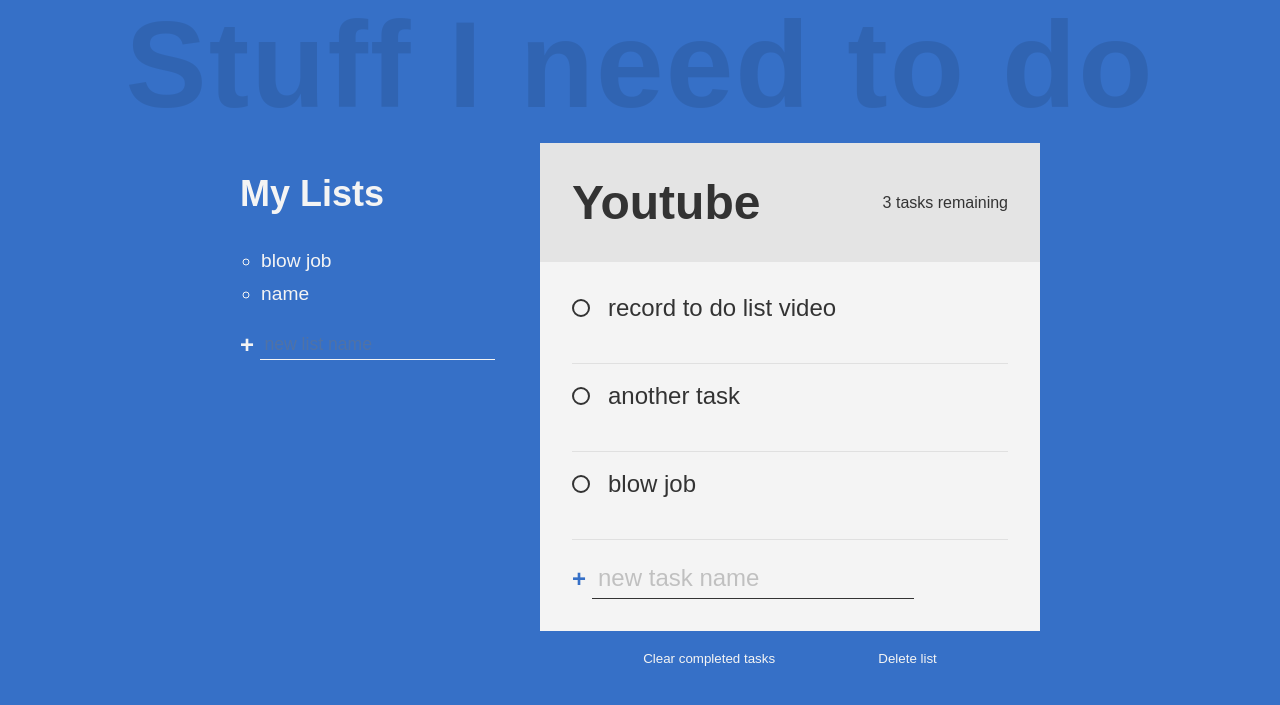
Repository: MohammadMazloum123/To-Do-List-App-
Page: index.html
These files come from the project's save history. The page is drawn as it stood at one moment and after a run of saves; the edit follows.
The browser window is 1280 px wide. The pictures show the whole page.

Above is the page before, as saved 2024-02-15 15:52:08.

### index.html
<!DOCTYPE html>
<html lang="en">
<head>
    <meta charset="UTF-8">
    <meta name="viewport" content="width=device-width, initial-scale=1.0">
    <title>To-Do List</title>
    <link rel="stylesheet" href="styles.css">
</head>
<body>
    <h1 class="title">Stuff I need to do</h1>
    <div class="all-tasks">
        <h2 class="task-list-title">My Lists</h2>
        <ul class="task-list" data-lists>
            <li class="list-name active-list">My Grocery</li>
            <li class="list-name" >YouTube</li>
            <li class="list-name">Work</li>
        </ul>
        <form data-new-list-form>
            <input type="text" class="new list" data-new-list-input placeholder="new list name" aria-label="new list name">
            <button class="btn create" aria-label="create new list">+</button>
        </form>
    </div>
    <div class="todo-list">
        <div class="todo-header">
            <h1 class="list-title">Youtube</h1>
            <p class="task-count">3 tasks remaining</p>
        </div>
        <div class="todo-body">
            <div class="tasks">
                <div class="task">
                    <input type="checkbox" id="task-1">
                    <label for="task-1">
                        <span class="custom-checkbox"></span>
                        record to do list video
                    </label>
                </div>
                <!--Task 1-->
                <div class="task">
                    <input type="checkbox" id="task-2">
                    <label for="task-2">
                        <span class="custom-checkbox"></span>
                        another task
                    </label>
                </div>
                <!--Task 2-->
                <div class="task">
                    <input type="checkbox" id="task-3">
                    <label for="task-3">
                        <span class="custom-checkbox"></span>
                        blow job
                    </label>
                </div>
                <!--Task 3-->
            </div>
            <div class="new-task-creator">
                <form>
                    <input type="text" class="new task" placeholder="new task name" aria-label="new task name">
                    <button class="btn create" aria-label="create new task">+</button>
                </form>
            </div>
            <div class="delete-stuff">
                <button class="btn delete">Clear completed tasks</button>
                <button class="btn delete">Delete list</button>
            </div>
        </div>
    </div>
    <!--Java Script-->
    <script defer src="script.js"></script>
</body>
</html>

### styles.css
:root{
    --clr-primary: rgb(54, 112, 199);
    --clr-light: #f4f4f4;
    --clr-dark:#333;
    --clr-warning: rgb(99, 36, 36);
}
*,
*::before,
*::after{
    font-family: inherit;
    box-sizing: border-box;
}

body{
    margin: 0;
    font-family: "Work Sans", sans-serif;
    font-weight: 300;
    font-size: 1.5rem;
    background-color: var(--clr-primary);
    color: var(--clr-light);
    display: grid;
    grid:
        "header header header header" auto
        "...... lists active ......" auto /
        1fr minmax(100px, 300px) minmax(250px, 500px) 1fr;
}
.title{
    grid-area: header;
    text-align: center;
    font-weight: 800;
    font-size: calc(7vw + 2rem);
    color: rgba(0, 0, 0, .1);
    margin: -.3rem 0 0.5rem;
    letter-spacing: 2px;
}
form{
    display: flex;
}
.btn{
    background: 0;
    cursor: pointer;
    padding: 0;
    border: 0;
    color: inherit;
}
.btn.create{
    font-size: 1.5rem;
    font-weight: 900;
    margin-right: .25em;
    transition: opacity 250ms ease-in;
}
.btn.create:hover{
    opacity: .7;
}

.new{
    background: transparent;
    border: 0;
    color: inherit;
    outline: none;
    font-size: inherit;
    border-bottom: 1px solid currentColor;
    transition: border-bottom 150ms ease-in;
    order: 2;
    padding: 0.25em;
}
.new::placeholder{
    opacity: .4;
}
.new:focus{
    border-bottom-width: 3px;
}

.new:focus::placeholder{
    opacity: 0.15;
}
.active-list{
    font-weight: 800;
}
.new.list{
    font-size: 1.1rem;
}
.all-tasks{
    grid-area: lists;
}
.task-list{
    line-height: 1.7;
    list-style: circle;
    font-size: 1.2rem;
    padding-left: 1.1em;
}
.list-name{
    cursor: pointer;
}
.list-name:hover{
    opacity: .7;
}
.todo-list{
    --spacer:2rem;
    grid-area: active;
    background: var(--clr-light);
    color: var(--clr-dark);
}
.todo-header{
    padding: var(--spacer);
    background: #e4e4e4;
    display: flex;
    align-items: center;
    justify-content: space-between;
}
.list-title{
    margin: 0 1em 0 0;
}
.task-count{
    margin: 0;
    font-size: 1rem;
}
.todo-body{
    padding: var(--spacer);
    position: relative;
}
.new-task-creator .create{
    color: var(--clr-primary);
}
.new.task{
    margin-bottom: 0;
}

[type="checkbox"]{
    opacity: 0;
    position: absolute;
}
.task label{
    display: inline-flex;
    align-items: center;
    position: relative;
    margin-bottom: 1.25em;
}
.task{
    position: relative;
    margin-bottom: 1.25em;
}
.task::after{
    content: "";
    position: absolute;
    left: 0;
    right: 0;
    height: 1px;
    bottom: -0.5em;
    background: currentColor;
    opacity: 0.1;

}
.custom-checkbox{
    --size: 0.75em;
    display: inline-block;
    width: var(--size);
    height: var(--size);
    margin-right: var(--size);
    cursor: pointer;
    border: 2px solid currentColor;
    border-radius: 50%;
    transform: scale(1);
    transition: transform 300ms ease-in-out;
}
.task:hover .custom-checkbox,
[type="checkbox"]:focus + label .custom-checkbox {
    transform: scale(1.2);
    color: var(--clr-primary);
}

[type="checkbox"]:checked + label .custom-checkbox{
    background-color: var(--clr-primary);
    border-color: var(--clr-primary);
    box-shadow: inset 0 0 0px 2px white;
}
[type="checkbox"]:checked + label{
    opacity: 0.7;
}
.task label::after{
    content: "";
    position: absolute;
    left: 0;
    right: 0;
    left: 1.5em;
    top: 50%;
    height: 3px;
    background: currentColor;
    transform: scaleX(0);
    transform-origin:right ;
    transition: transform 150ms ease-in-out;
}
[type="checkbox"]:checked + label::after{
    transform: scaleX(1);
    transform-origin: left;
}
.delete-stuff{
    display: flex;
    justify-content: space-evenly;
    position: absolute;
    width: 100%;
    left: 0;
    bottom:-35px;
    color: var(--clr-light);
}

.btn.delete:hover{
    border-bottom: 2px solid #333;
    transform: scaleY(1.05);
}

### script.js
const listsContainer = document.querySelector('[data-lists]');
const newListForm = document.querySelector('[data-new-list-form]')
const newListInput = document.querySelector('[data-new-list-input]')






let lists = [{
    id: 1,
    name:'blow job'
    },
    {
        id: 2,
        name:'name'
    },
]
newListForm.addEventListener('submit', e =>{
    e.preventDefault()
    const listName = newListInput.value

})




function render(){
    clearElement(listsContainer)
    lists.forEach(list =>{
        const listElement = document.createElement('li')
        listElement.dataset.listId = list.id
        listElement.classList.add('list-name')
        listElement.innerText = list.name
        listsContainer.appendChild(listElement)
    })
}
function clearElement(element){
    while(element.firstChild){
        element.removeChild(element.firstChild)
    }
}

render()

After the next 7 saves:
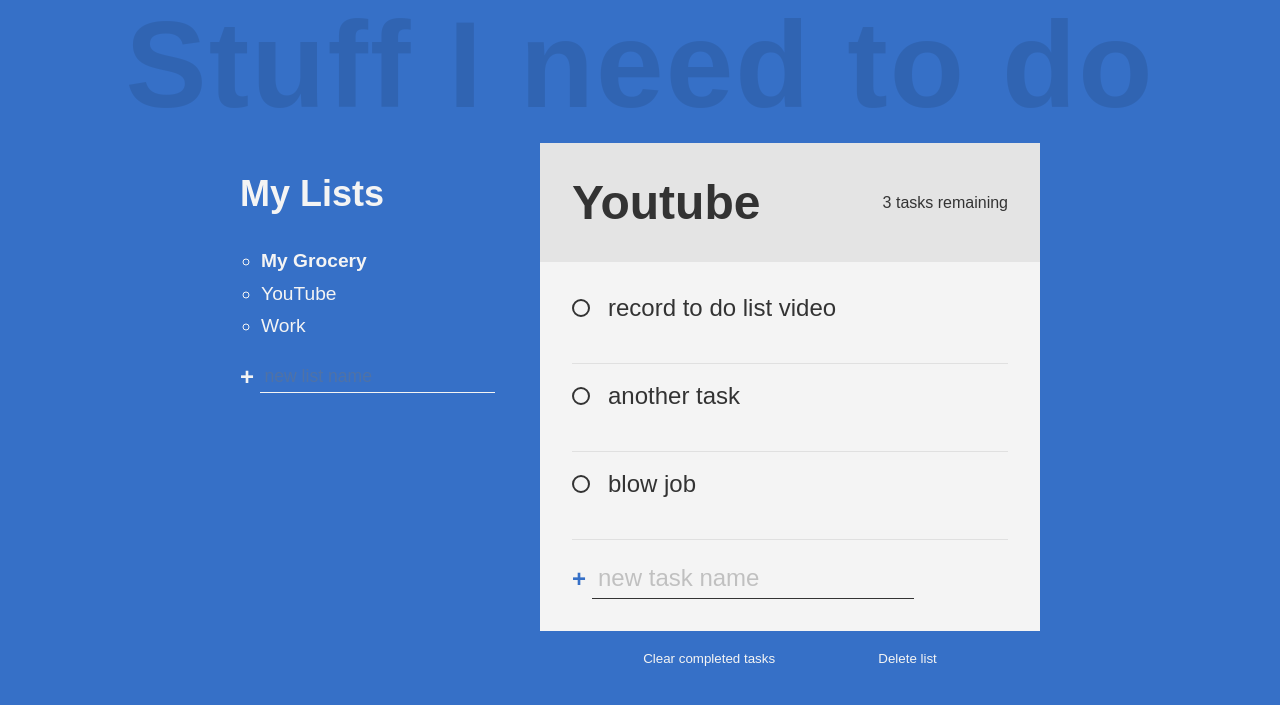
Console error: SyntaxError: Unexpected token '}'
The 7 saves are shown as one change because they came seconds apart.
The last was saved 19 s later.
--- a/script.js
+++ b/script.js
@@ -19,7 +19,7 @@
 newListForm.addEventListener('submit', e =>{
     e.preventDefault()
     const listName = newListInput.value
-
+    if(listName == null || listName === '')
 })
 
 

After the save that followed:
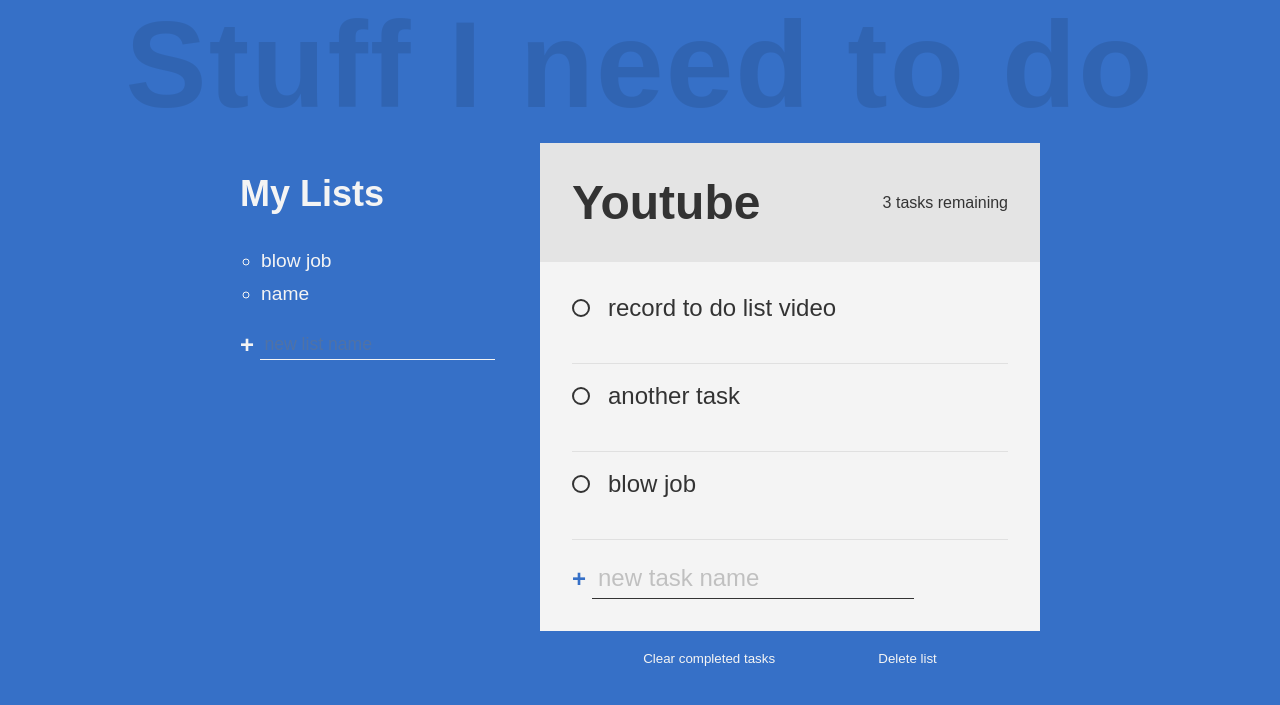
The error is gone.
Saved 4 s later.
--- a/script.js
+++ b/script.js
@@ -19,7 +19,8 @@
 newListForm.addEventListener('submit', e =>{
     e.preventDefault()
     const listName = newListInput.value
-    if(listName == null || listName === '')
+    if(listName == null || listName === '') return
+
 })
 
 
